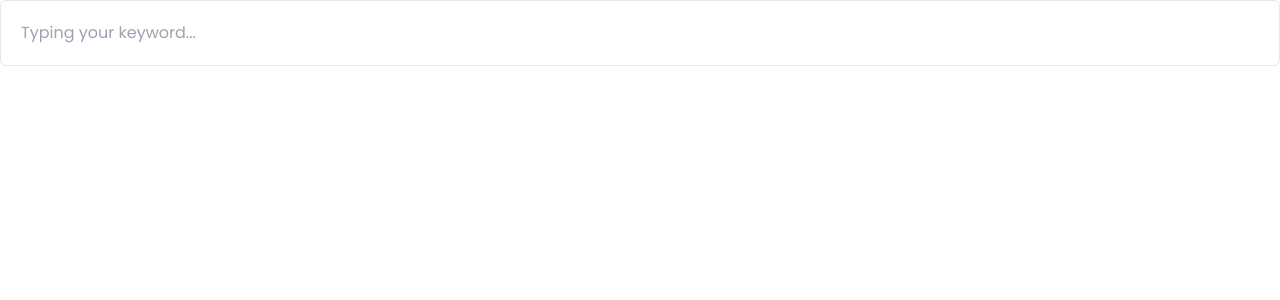
Repository: ThanhPhongsof/React-Course
Page: /
These files come from the project's save history. The page is drawn as it stood at one moment and after the next save; the edit follows.
The browser window is 1280 px wide. The pictures show the whole page.
The project was rebuilt for these pictures with package versions that can differ from the ones it lists, and the page was loaded fresh each time.

Above is the page before, as saved 2022-04-24 08:30:14.

### src/index.js
import React from "react";
import ReactDOM from "react-dom";
import App from "./App";
import reportWebVitals from "./reportWebVitals";
import "./index.scss";
import { BrowserRouter } from "react-router-dom";

// ReactDOM.render(
//   // <React.StrictMode>
//     <BrowserRouter>
//       <App />
//     </BrowserRouter>
//   // </React.StrictMode>,
//   document.getElementById("root")
// );

ReactDOM.render(
  <BrowserRouter>
    <App />
  </BrowserRouter>,
  document.getElementById("root")
);

// If you want to start measuring performance in your app, pass a function
// to log results (for example: reportWebVitals(console.log))
// or send to an analytics endpoint. Learn more: https://bit.ly/CRA-vitals
reportWebVitals();

### src/App.js
import React from "react";
import Input from "./components/advanced-react/render-props/HandleValue";
import HandleValue from "./components/advanced-react/render-props/HandleValue";
import Title from "./components/advanced-react/render-props/Title";
// import FetchingData from "./components/advanced-react/hoc/FetchingData";

const App = () => {
  return (
    <div>
      {/* <Title>{() => <h1>hello form render props</h1>}</Title> */}
      {/* <FetchingData></FetchingData> */}
      {/* <HandleValue></HandleValue> */}
      <Input></Input>
    </div>
  );
};

export default App;

### src/index.scss
@tailwind base;
@tailwind components;
@tailwind utilities;

@layer base {
  @import url("https://fonts.googleapis.com/css2?family=Poppins:wght@300;400;500;700&display=swap");
  body {
    font-family: "Poppins", sans-serif;
  }
}
.skeleton {
  background-color: #eee;
  background-image: linear-gradient(
    110deg,
    #ececec 8%,
    #f5f5f5 18%,
    #ececec 33%
  );
  background-size: 200% 100%;
  animation: 1.5s shine linear infinite;
}
@keyframes shine {
  to {
    background-position-x: -200%;
  }
}
.zoom-enter .content {
  opacity: 0;
  transform: scale(0.5);
}
.zoom-enter-active .content {
  opacity: 1;
  transform: scale(1);
}
.zoom-exit .content {
  opacity: 1;
}
.zoom-exit-active .content {
  opacity: 0;
  transform: scale(0.5);
}

// Fade

.fade-enter .tooltip {
  opacity: 0;
}
.fade-enter-active .tooltip {
  opacity: 1;
}
.fade-exit .tooltip {
  opacity: 1;
}
.fade-exit-active .tooltip {
  opacity: 0;
}

### src/components/advanced-react/render-props/HandleValue.js
import React, { useState } from "react";

// const HandleValue = () => {
//   const [value, setValue] = useState("");
//   return (
//     <div>
//       <Input value={value} setValue={setValue}></Input>
//       <DisplayValue value={value}></DisplayValue>
//     </div>
//   );
// };

const Input = ({ value, setValue } = {}) => {
  return (
    <input
      type="text"
      value={value}
      onChange={(e) => setValue(e.target.value)}
      placeholder="Typing your keyword..."
      className="block w-full p-5 transition-all border border-gray-200 rounded-md focus:border-blue-400"
    />
  );
};

const DisplayValue = ({ value }) => {
  return <span>{value}</span>;
};

// export default HandleValue;
export default Input;

### src/components/advanced-react/render-props/Title.js
const Title = (props) => props.children();

export default Title;

### tailwind.config.js
module.exports = {
  content: ["./src/**/*.{js,jsx,ts,tsx}"],
  theme: {
    extend: {
      backgroundImage: {
        "primary-gradient": `linear-gradient(
          86.88deg,
          #7d6aff 1.38%,
          #ffb86c 64.35%,
          #fc2872 119.91%
        )`,
        "secondary-gradient": `linear-gradient(86.88deg, #20e3b2, #2cccff)`,
      },
    },
  },
  plugins: [],
};

Loaded but not shown: public/index.html (common file); src/reportWebVitals.js (common file)

After the next save:
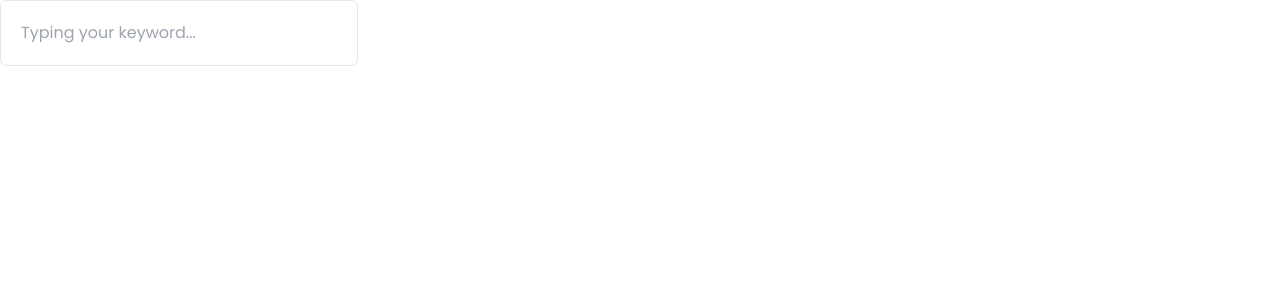
Saved 99 s later.
--- a/src/components/advanced-react/render-props/HandleValue.js
+++ b/src/components/advanced-react/render-props/HandleValue.js
@@ -17,13 +17,13 @@ const Input = ({ value, setValue } = {}) => {
       value={value}
       onChange={(e) => setValue(e.target.value)}
       placeholder="Typing your keyword..."
-      className="block w-full p-5 transition-all border border-gray-200 rounded-md focus:border-blue-400"
+      className="border max-w-[500px] p-5 transition-all border border-gray-200 rounded-md focus:border-blue-400"
     />
   );
 };
 
 const DisplayValue = ({ value }) => {
-  return <span>{value}</span>;
+  return <span className="text-3xl font-bold text-blue-500">{value}</span>;
 };
 
 // export default HandleValue;
